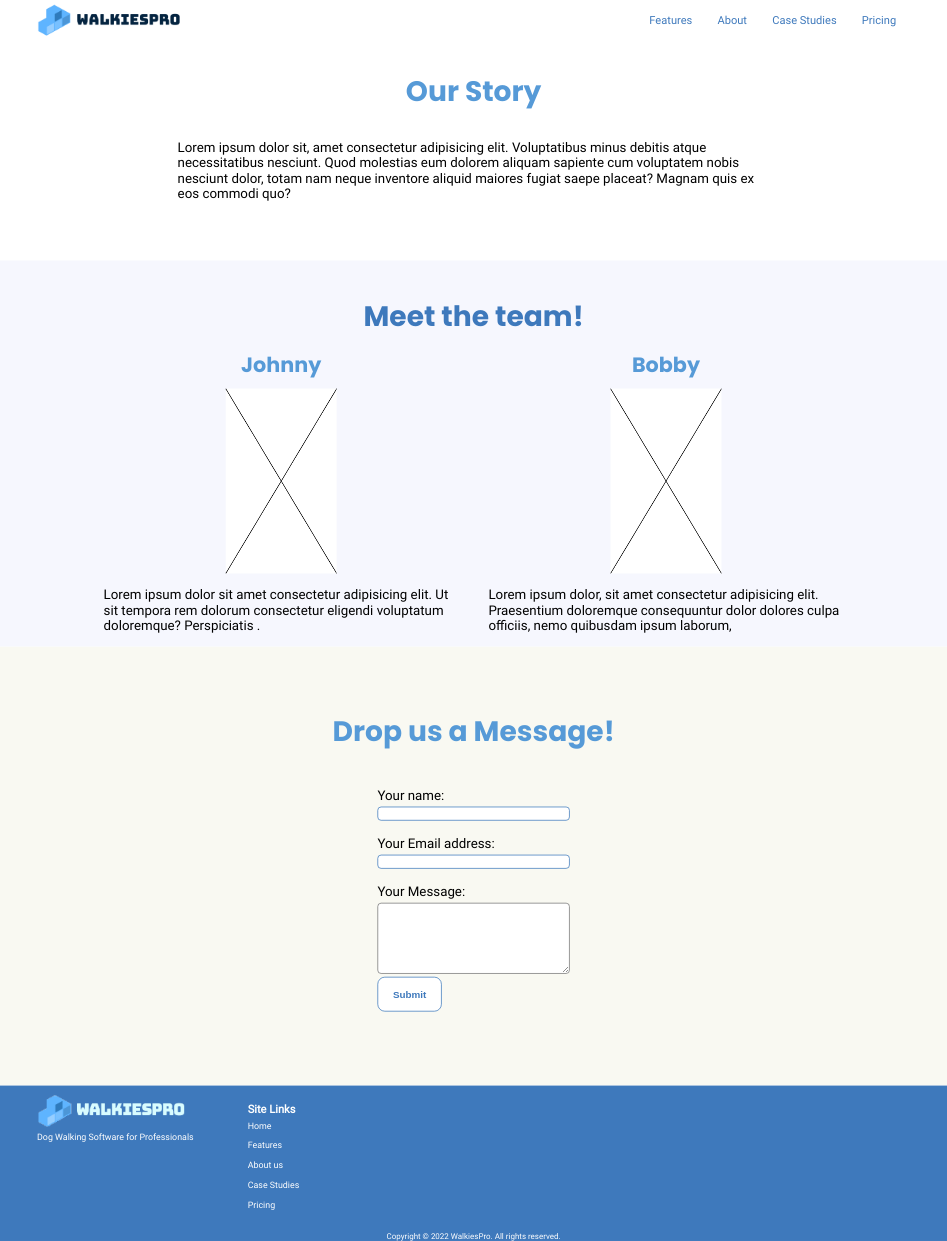
Repository: StevieC87/LAYOUT4
Page: about-us.html
An editor plug-in stored every save of this project. The page is shown before and after the next save, followed by the edit.
The browser window is 1280 px wide. The pictures show the whole page, at 74% of full size.

Above is the page before, as saved 2022-01-02 16:55:08.

After the next save:
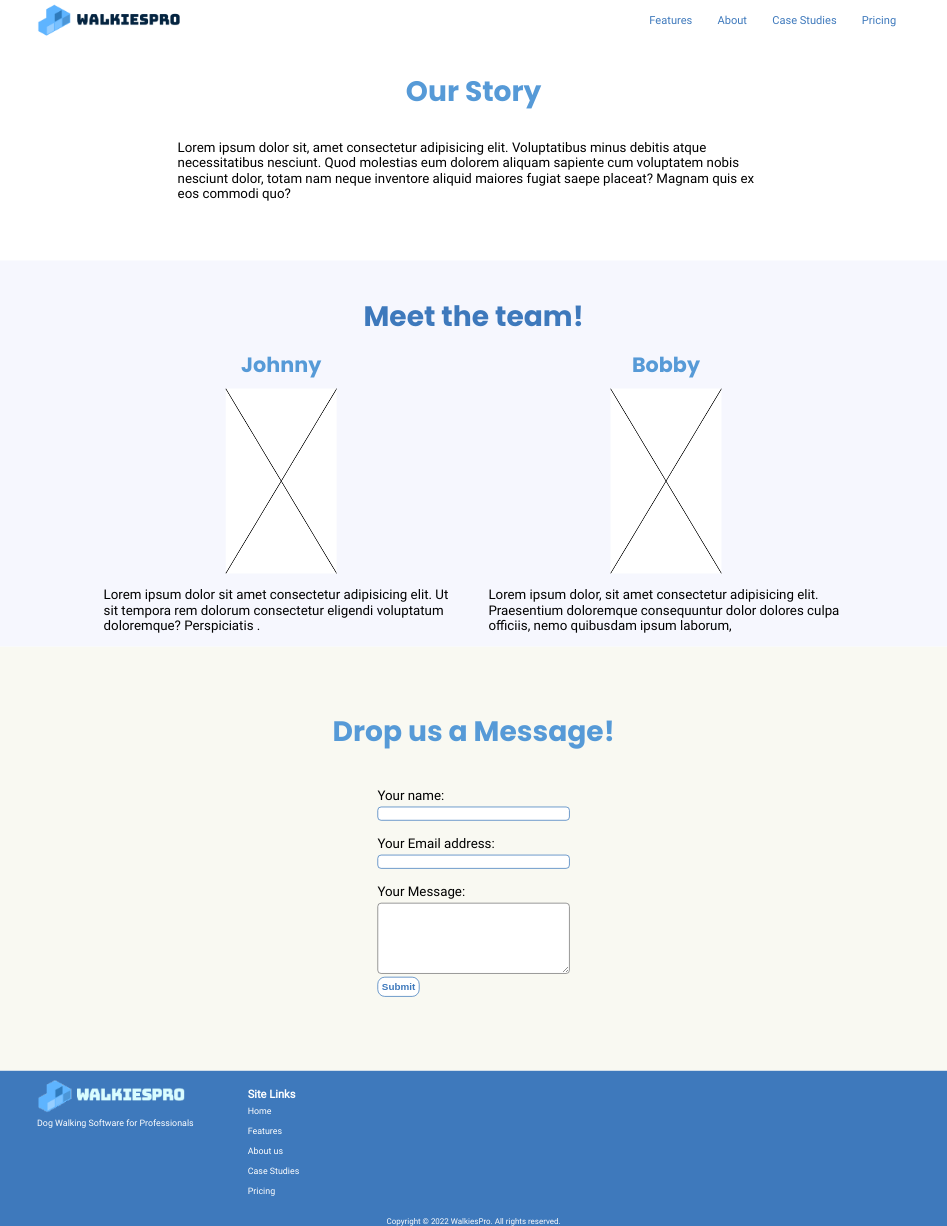
Saved 6 s later.
--- a/about-us.html
+++ b/about-us.html
@@ -97,7 +97,7 @@
                 <textarea name="yourmsg" id="yourmsg" rows="6"></textarea>
               </div>
 
-              <button class="btn">Submit</button>
+              <button class="submit">Submit</button>
 
           </div>
         </form>
